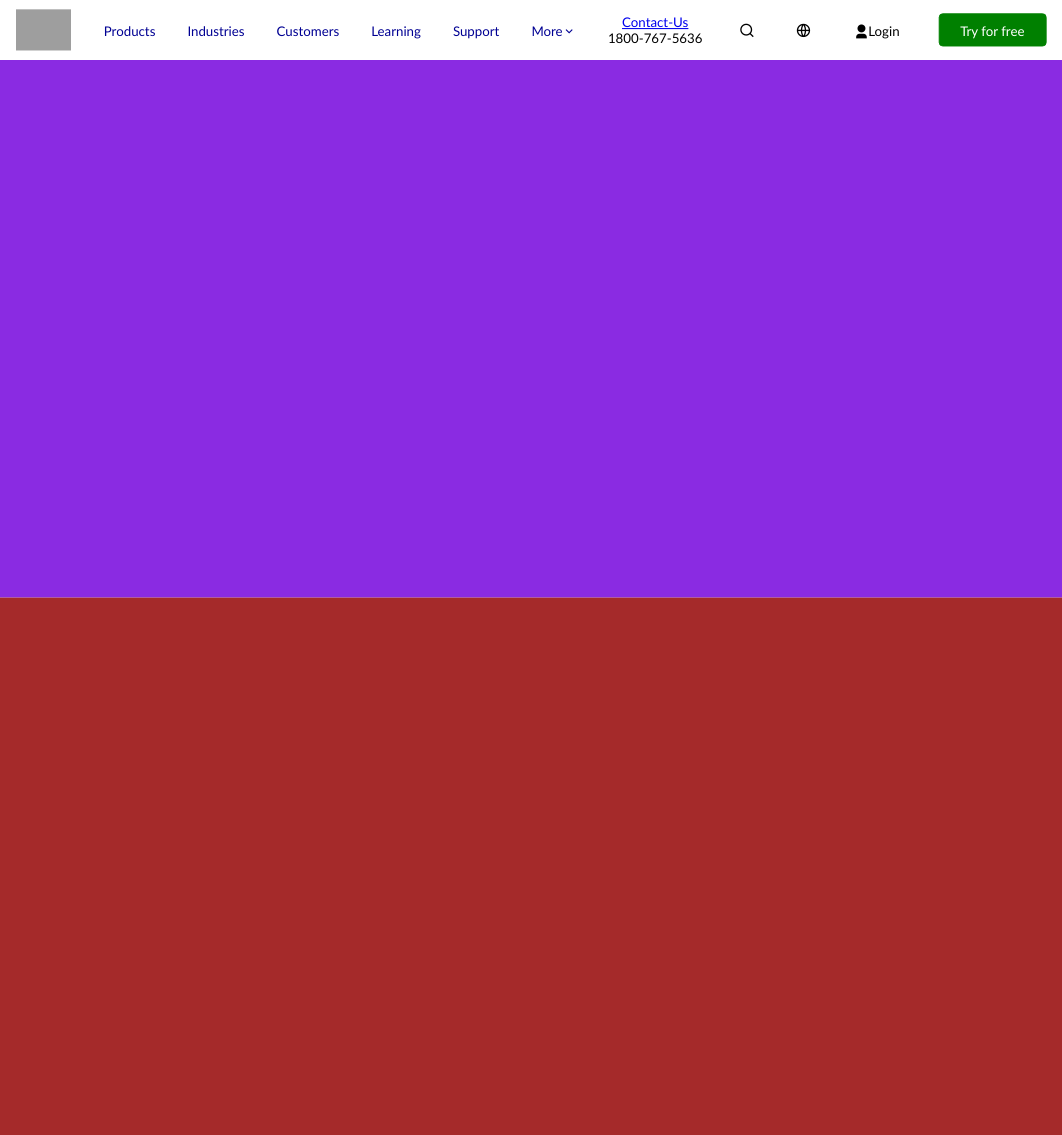
Repository: Chiranshukapil/html_css
Page: salesforce/index.html
These files come from the project's save history. The page is drawn as it stood at one moment and after the next save; the edit follows.
The browser window is 1280 px wide. The pictures show the whole page, at 83% of full size.
Pictures or frames that could not be fetched are drawn as grey boxes.

Above is the page before, as saved 2024-06-10 00:43:16.

After the next save:
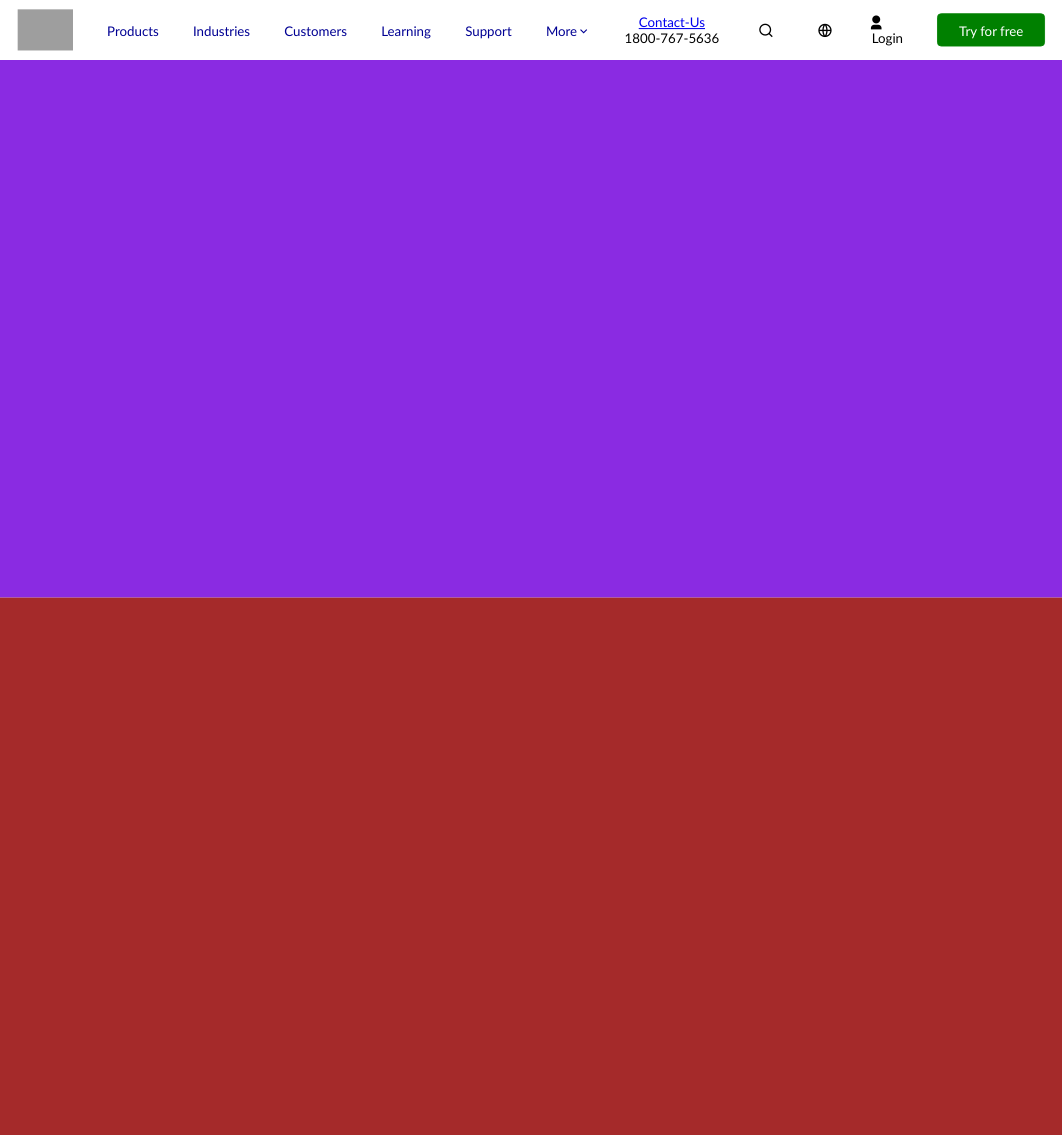
Saved 9 s later.
--- a/salesforce/style.css
+++ b/salesforce/style.css
@@ -62,8 +62,7 @@ html,body{
 #login{
     /* height: 30px;
     width: 70px; */
-    height: 30px;
-    width: 70px;
+    padding
     display: flex;
     align-items: center;
     justify-content: center;
